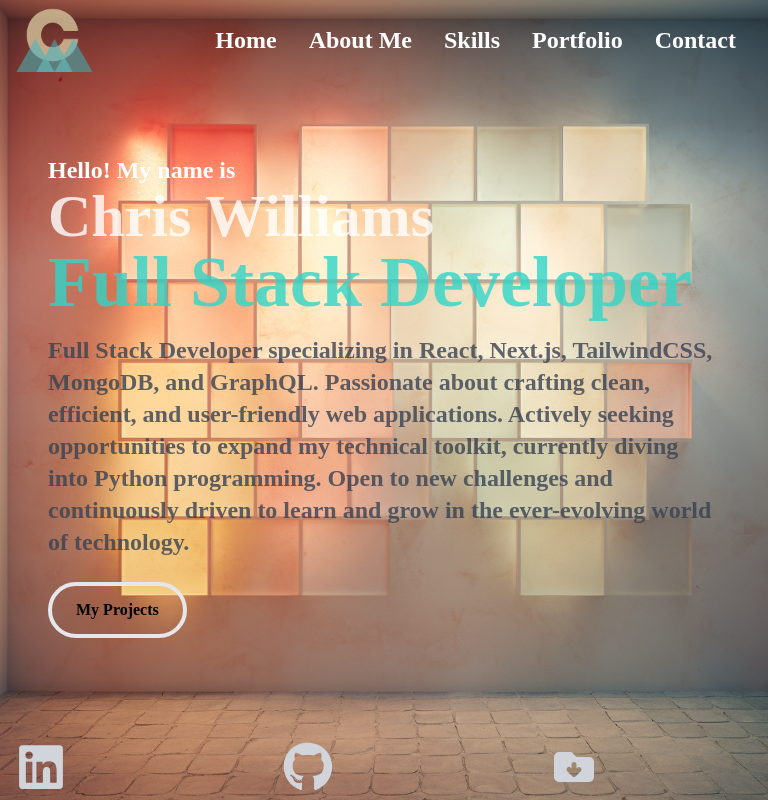
Repository: ChrisT303/portfolio-react
Page: /
An editor plug-in stored every save of this project. The page is shown before and after the next save, followed by the edit.
The browser window is 768 px wide. The pictures show the whole page.
The project was rebuilt for these pictures with package versions that can differ from the ones it lists, and the page was loaded fresh each time. Also part of the build but not shown: src/components/AboutMe.js, src/data/LogoData.js, src/components/Experience.js, src/components/Modal.js, src/components/Contact.js, src/data/ProjectData.js, src/components/Work.js.

Above is the page before, as saved 2023-09-28 17:31:04.

### src/index.css
@tailwind base;
@tailwind components;
@tailwind utilities;

@import url("https://fonts.googleapis.com/css2?family=Raleway:wght@300;400;500;600;700;800;900&display=swap");

@layer base {
  body {
    @apply font-[Raleway];
  }
  li {
    @apply px-4;
    @apply cursor-pointer;
  }
}

.nav-hover {
  @apply hover:animate-pulse hover:text-[#30D5C8];
}

.text-main {
  @apply text-[#212020];
}

.peach {
  @apply text-[#212020] text-opacity-80;
}

.bdr {
  @apply border-[#30D5C8];
}

.form-bg {
  @apply bg-[#ccd6f6];
}

.hero-btn {
  @apply text-black font-bold border-4 rounded-full px-6 py-3 my-2 flex items-center hover:animate-pulse duration-100 hover:bg-[#30D5C8] hover:border-[#3e7a7a] hover:font-black;
}

.con-btn {
  @apply text-main border-2 hover:bg-[#30D5C8] hover:border-[#3e7a7a] hover:font-bold px-4 py-3 my-8 mx-auto flex items-center;
}
.modal-btn {
  @apply text-black border-4 rounded-lg hover:bg-[#30D5C8] hover:border-[#3e7a7a] hover:font-bold px-3 py-2 my-8 mx-auto flex justify-between items-center;
}

@media (min-width: 768px) {
  .hovereffect {
    width: 100%;
    height: 400px;
    float: left;
    overflow: hidden;
    position: relative;
    text-align: center;
    cursor: default;
  }

  .hovereffect .overlay {
    width: 100%;
    height: 100%;
    position: absolute;
    overflow: hidden;
    left: 0;
    background-color: rgba(255, 255, 255, 0.7);
    top: -200px;
    opacity: 0;
    filter: alpha(opacity=0);
    -webkit-transition: all 0.1s ease-out 0.5s;
    transition: all 0.1s ease-out 0.5s;
    display: flex;
    flex-direction: column;
    justify-content: center;
    align-items: center;
    gap: 20px;

  }

  .hovereffect:hover .overlay {
    opacity: 1;
    filter: alpha(opacity=100);
    top: 0px;
    -webkit-transition-delay: 0s;
    transition-delay: 0s;
  }

  .hovereffect img {
    display: block;
    position: relative;
  }

  .hovereffect h2 {
    text-transform: uppercase;
    color: #feb8c5;
    text-align: center;
    position: relative;
    font-size: 17px;
    padding: 10px;
    background: rgba(0, 0, 0, 0.6);
    -webkit-transform: translateY(-200px);
    -ms-transform: translateY(-200px);
    transform: translateY(-200px);
    -webkit-transition: all ease-in-out 0.1s;
    transition: all ease-in-out 0.1s;
    -webkit-transition-delay: 0.3s;
    transition-delay: 0.3s;
  }

  .hovereffect:hover h2 {
    -webkit-transform: translateY(0px);
    -ms-transform: translateY(0px);
    transform: translateY(0px);
    -webkit-transition-delay: 0.3s;
    transition-delay: 0.3s;
  }

  .hovereffect a.info {
    display: inline-block;
    text-decoration: none;
    padding: 7px 14px;
    text-transform: uppercase;
    margin: 50px 20px 0 0;
    background-color: transparent;
    -webkit-transform: translateY(-200px);
    -ms-transform: translateY(-200px);
    transform: translateY(-200px);
    color: #000;
    border: 1px solid #000;
    -webkit-transition: all ease-in-out 0.3s;
    transition: all ease-in-out 0.3s;
  }

  .hovereffect a.info:hover {
    box-shadow: 0 0 5px #fff;
  }

  .hovereffect:hover a.info {
    -webkit-transform: translateY(0px);
    -ms-transform: translateY(0px);
    transform: translateY(0px);
    box-shadow: 0 0 5px #000;
    color: #000;
    border: 1px solid #000;
    -webkit-transition-delay: 0.3s;
    transition-delay: 0.3s;
  }
}

a.info:hover {
  color: #6cc644;
}

.bounce {
  display: inline-block;
  position: relative;
  -moz-animation: bounce 0.5s infinite linear;
  -o-animation: bounce 0.5s infinite linear;
  -webkit-animation: bounce 0.5s infinite linear;
  animation: bounce 0.5s infinite linear;
}

.backdrop {
  position: fixed;
  top: 0;
  left: 0;
  width: 100%;
  height: 100vh;
  z-index: 10;
  background: rgba(0, 0, 0, 0.75);
}

.modalPos {
  position: fixed;
  top: 30vh;
  left: 10%;
  width: 80%;
  z-index: 100;
  overflow: hidden;
}

.header {
  background: #31708e;
  padding: 1rem;
}

.header h2 {
  margin: 0;
  color: white;
  font-weight: bold;
}

.content {
  display: flex;
  justify-content: space-between;
  padding: 1rem;
  background: white;
}

.actions {
  padding: 1rem;
  display: flex;
  justify-content: flex-end;
}

.project-image {
  width: 100%;
  height: 400px;
  object-fit: cover;
}

.button-container {
  display: flex;
  justify-content: center;
  gap: 20px;
  margin-top: 20px;
}

.tech-container {
  display: flex;
  justify-content: center;
  gap: 5px;
  flex-wrap: wrap;
}

.tooltip {
  visibility: hidden;
  background-color: #555;
  color: #fff;
  text-align: center;
  padding: 5px 10px;
  border-radius: 6px;
  position: absolute;
  z-index: 1;
  bottom: 100%;
  left: 50%;
  margin-left: -60px;
  opacity: 0;
  transition: opacity 0.3s;
}

.tooltip::after {
  content: "";
  position: absolute;
  top: 100%;
  left: 50%;
  margin-left: -5px;
  border-width: 5px;
  border-style: solid;
  border-color: #555 transparent transparent transparent;
}

.container:hover .tooltip {
  visibility: visible;
  opacity: 1;
}



@media (min-width: 768px) {
  .modalPos {
    left: calc(50% - 20rem);
    width: 40rem;
  }
}

### src/App.js

import Navigation from "./components/Navigation";
import Hero from "./components/Hero";
import AboutMe from "./components/AboutMe";
// import Footer from "./components/Footer";
import Experience from "./components/Experience";
import Contact from "./components/Contact";
import Work from "./components/Work";
import React from "react";
import { HashRouter as Router, Routes, Route } from "react-router-dom";


const App = () => {
  return (
    <Router>
      <Navigation />
      <Routes>
        <Route path="/" element={<Hero />} />
        <Route path="/about" element={<AboutMe />} />
        <Route path="/experience" element={<Experience />} />
        <Route path="/work" element={<Work />} />
        <Route path="/contact" element={<Contact />} />
      </Routes>
      {/* <Footer /> */}
    </Router>
  );
};



export default App;

### src/components/Navigation.js
import React, { useState } from "react";
import { NavLink } from "react-router-dom";
import { FaBars, FaTimes } from "react-icons/fa";
import Logo from "../assets/newlogo.png";
import Footer from "./Footer";


const Navigation = () => {
  const [nav, setNav] = useState(false);
  const handleClick = () => setNav(!nav);

  return (
    <div className="fixed w-full h-[80px] flex justify-between items-center px-4 bg-inherit text-main text-2xl font-semibold z-10">
      <div>
        <img  src={Logo} alt="Logo" className="hidden md:flex h-16" />
      </div>
      <ul className="hidden md:flex">
        <li>
          <NavLink to="/" className="nav-hover text-white">
            Home
          </NavLink>
        </li>
        <li>
          <NavLink to="/about" className="nav-hover text-white">
            About Me
          </NavLink>
        </li>
        <li>
          <NavLink to="/experience" className="nav-hover text-white">
            Skills
          </NavLink>
        </li>
        <li>
          <NavLink to="/work" className="nav-hover text-white">
            Portfolio
          </NavLink>
        </li>
        <li>
          <NavLink to="/contact" className="nav-hover text-white">
            Contact
          </NavLink>
        </li>
      </ul>

      <div onClick={handleClick} className="md:hidden z-100">
        {!nav ? <FaBars /> : <FaTimes />}
      </div>
      <ul
        className={
          !nav
            ? "hidden"
            : "absolute top-0 left-0 w-full h-screen main flex flex-col justify-center items-center bg-black md:bg-black "
        }
      >
        <li className="py-6 text-4xl">
          <NavLink onClick={handleClick} to="/" className="nav-hover text-white">
            Home
          </NavLink>
        </li>
        <li className="py-6 text-4xl">
          <NavLink onClick={handleClick} to="/about" className="nav-hover text-white">
            About Me
          </NavLink>
        </li>
        <li className="py-6 text-4xl">
          <NavLink onClick={handleClick} to="/experience" className="nav-hover text-white">
            Skills
          </NavLink>
        </li>
        <li className="py-6 text-4xl">
          <NavLink onClick={handleClick} to="/work" className="nav-hover text-white">
            Portfolio
          </NavLink>
        </li>
        <li className="py-6 text-4xl">
          <NavLink onClick={handleClick} to="/contact" className="nav-hover text-white">
            Contact
          </NavLink>
        </li>
      </ul>
      {nav && (
          <div>
            {/* Footer component is conditionally rendered here */}
            <Footer hideOnMobile={false} />
          </div>
        )}


    </div>
  );
};

export default Navigation;

### src/components/Hero.js
import React from "react";
import { NavLink } from "react-router-dom";
import Footer from "./Footer";

const Hero = () => {
  return (
    <div className="w-full h-screen  bg-eyes  bg-cover bg-center">
      <div className="max-w-[1000px] mx-auto px-12 flex flex-col justify-center  h-full">
        <p className="text-white text-2xl font-bold "> Hello! My name is </p>
        <h1 className="text-3xl sm:text-6xl font-bold text-white text-opacity-80">
          Chris Williams
        </h1>
        <h2 className="text-3xl sm:text-7xl font-bold text-[#30D5C8] text-opacity-80">
          Full Stack Developer
        </h2>
        <p className="text-gray-700 font-bold py-4 text-l sm:text-2xl max-w-[700px] text-opacity-80">
        Full Stack Developer specializing in React, Next.js, TailwindCSS, MongoDB, and GraphQL. Passionate about crafting clean, efficient, and user-friendly web applications. Actively seeking opportunities to expand my technical toolkit, currently diving into Python programming. Open to new challenges and continuously driven to learn and grow in the ever-evolving world of technology.

        </p>
        <div className="text-white">
          <button className="hero-btn">
            <NavLink to="/work">My Projects</NavLink>
          </button>
        </div>
      </div>
      <Footer />
    </div>
  );
};

export default Hero;

### src/components/Footer.js
import React from "react";
import { FaLinkedin, FaGithub } from "react-icons/fa";
import { HiFolderDownload } from "react-icons/hi";

const Footer = ({ hideOnMobile = false }) => {
  if (hideOnMobile) {
    return null;
  }

  return (
    <footer className="bg-inherit fixed bottom-0 left-0 w-full ">
      <div>
        <div>
          <div className="max-w-[1000px] mx-auto pt-4 pb-2">
            <ul className="w-full space-y-2 grid grid-cols-3 auto-cols-max mb-0 gap-8 justify-center">
              <li>
                <a
                  href="https://www.linkedin.com/in/christopher-williams-368b29201/"
                  className="text-gray-300 group hover:text-[#0072b1]"
                >
                  <h2 className="invisible md:group-hover:visible md:group-hover:animate-bounce pt-2">
                    LinkedIn
                  </h2>
                  <FaLinkedin size={50} />
                </a>
              </li>
              <li>
                <a
                  href="https://github.com/deftonechris"
                  className="text-gray-300 group hover:text-[#6cc644]"
                >
                  <h2 className="invisible md:group-hover:visible md:group-hover:animate-bounce">
                    GitHub
                  </h2>
                  <FaGithub size={50} />
                </a>
              </li>
              <li>
                <a
                  href="https://drive.google.com/file/d/1F9QXAFgH3DuC2GkPuuiRkouwcBjN8J8z/view?usp=drive_link"
                  className="text-gray-300 group hover:text-red-600"
                >
                  <h2 className="invisible md:group-hover:visible md:group-hover:animate-bounce">
                    Resume
                  </h2>
                  <HiFolderDownload size={50} />
                </a>
              </li>
            </ul>
          </div>
        </div>
      </div>
    </footer>
  );
};

export default Footer;

### tailwind.config.js
/** @type {import('tailwindcss').Config} */
module.exports = {
  content: ["./src/**/*.{js,jsx,ts,tsx}"],
  theme: {
    extend: {
      backgroundImage: {
        eyes: "url('./assets/wallPatern.png')",
      },
    },
  },
  plugins: [],
};

Loaded but not shown: public/index.html (common file); src/index.js (common file)

After the next save:
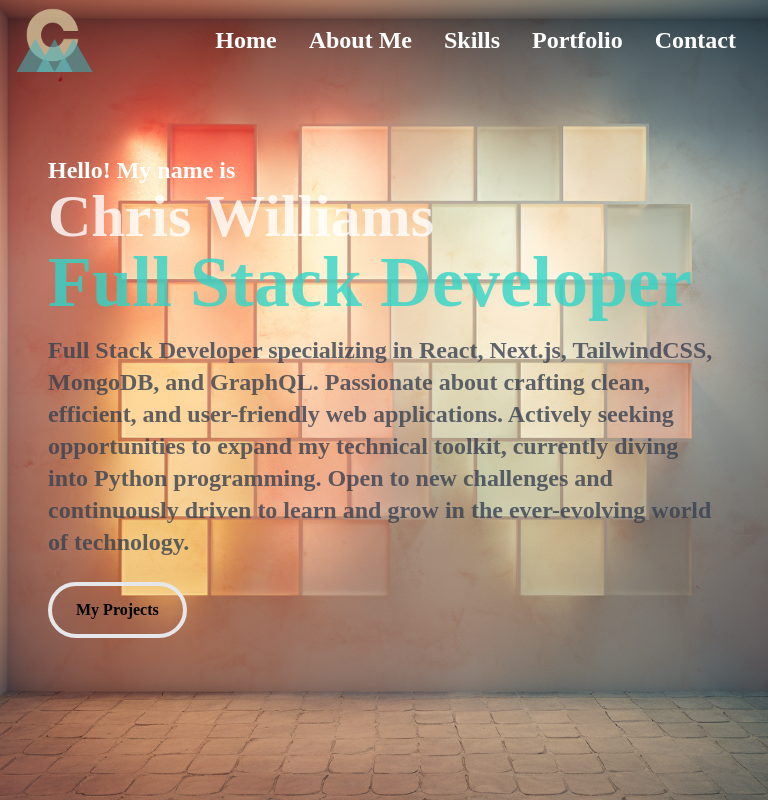
Saved 2 min 21 s later.
--- a/src/index.css
+++ b/src/index.css
@@ -262,3 +262,9 @@ a.info:hover {
     width: 40rem;
   }
 }
+
+@media (max-width: 768px) {
+  footer {
+    display: none;
+  }
+}
